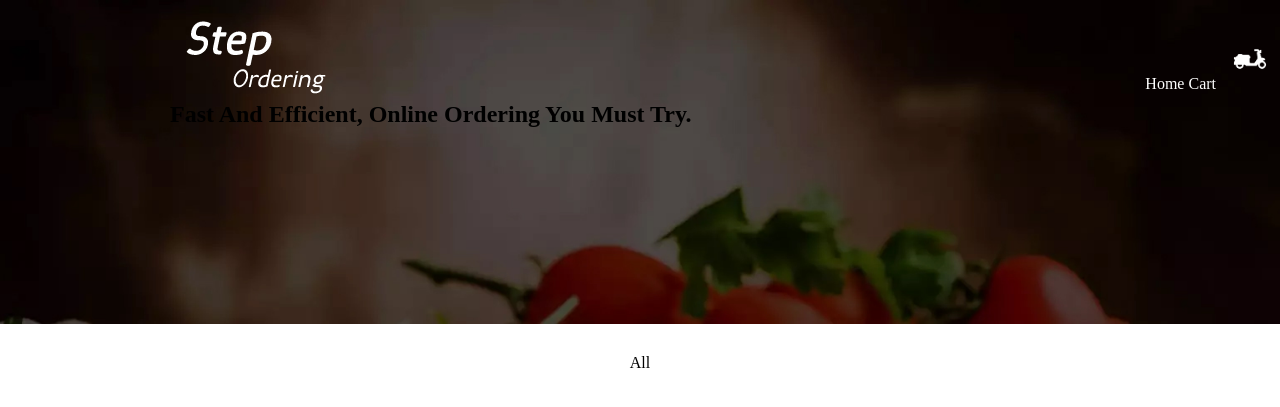
Repository: anastasia29-step/Online-Restaurant
Page: index.html
An editor plug-in stored every save of this project. The page is shown before and after the next save, followed by the edit.
The browser window is 1280 px wide. The pictures show the whole page.

Above is the page before, as saved 2026-03-09 15:12:37.
Not found: app.js/

After the next save:
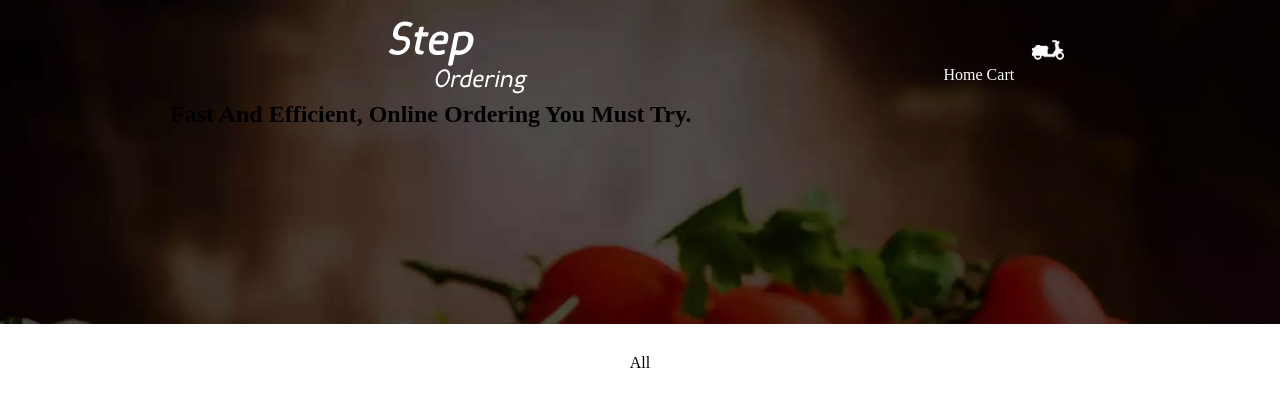
Saved 28 s later.
--- a/style.css
+++ b/style.css
@@ -25,9 +25,7 @@ ul {
 
 .beside {
     display: flex;
-    justify-content: space-between;
-    align-items: center;
-
+    justify-content: space-around;
 }
 
 .beside .right a {
